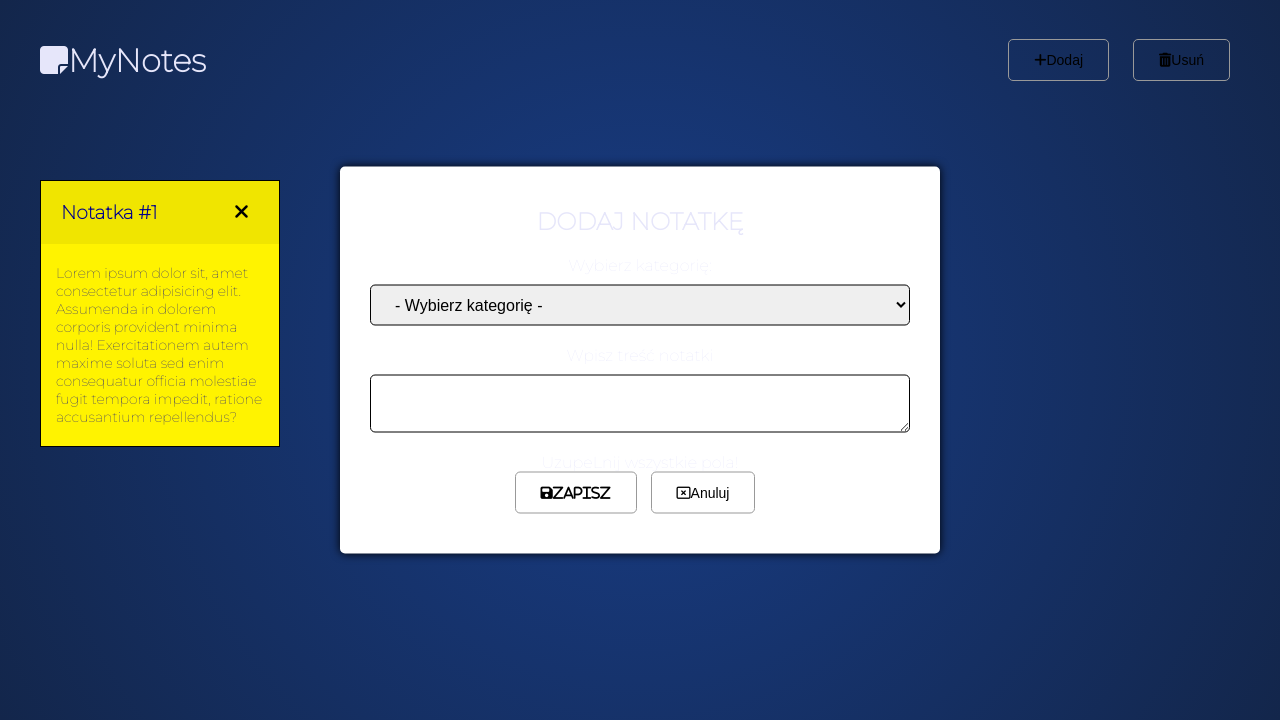
Repository: KrzysKolo/Projekt-7_Notes
Page: js/index.html
An editor plug-in stored every save of this project. The page is shown before and after the next save, followed by the edit.
The browser window is 1280 px wide. The pictures show the whole page.
Some web libraries are served in a nearby version.

Above is the page before, as saved 2020-07-07 14:01:51.
Console error: SyntaxError: Unexpected token '<'

### js/index.html
<!DOCTYPE html>
<html lang="en">
  <head>
    <meta charset="UTF-8" />
    <meta name="viewport" content="width=device-width, initial-scale=1.0" />
    <title>projekt 6 - My notes</title>
    <script
      src="https://kit.fontawesome.com/21efeaf281.js"
      crossorigin="anonymous"
    ></script>
    <link
      href="https://fonts.googleapis.com/css2?family=Montserrat:wght@100&display=swap"
      rel="stylesheet"
    />
    <link rel="stylesheet" href="./../css/style.css" />
  </head>
  <body>
    <div class="menu">
      <h1><i class="fas fa-sticky-note"></i>MyNotes</h1>
      <div class="menu-buttons">
        <button class="add icon"><i class="fas fa-plus"></i>Dodaj</button>
        <button class="delete-all icon">
          <i class="fas fa-trash-alt"></i>Usuń
        </button>
      </div>
    </div>

    <div class="note-area">
      <div class="note">
        <div class="note-header">
          <h3 class="note-title">Notatka #1</h3>
          <button class="delete-note"><i class="fas fa-times icon"></i></button>
        </div>

        <div class="note-body">
          Lorem ipsum dolor sit, amet consectetur adipisicing elit. Assumenda in
          dolorem corporis provident minima nulla! Exercitationem autem maxime
          soluta sed enim consequatur officia molestiae fugit tempora impedit,
          ratione accusantium repellendus?
        </div>
      </div>
    </div>

    <div class="note-panel">
      <h2>Dodaj notatkę</h2>
      <label for="category">Wybierz kategorię: </label>
      <select id="category">
        <option value="0" disabled selected>- Wybierz kategorię -</option>
        <option value="1">Praca</option>
        <option value="2">Dom</option>
        <option value="3">Zakupy</option>
        <option value="4">Inne</option>
      </select>

      <label for="text">Wpisz treść notatki</label>
      <textarea id="text"></textarea>

      <p class="error">UzupeLnij wszystkie pola!</p>
      <div class="panel-buttons">
        <button class="save icon"><i class="fas fa-save">Zapisz</i></button>
        <button class="cancel icon">
          <i class="far fa-window-close"></i>Anuluj
        </button>
      </div>
    </div>
    <script src="./../js/index.html"></script>
  </body>
</html>

### css/style.css
* {
  box-sizing: border-box;
  padding: 0;
  margin: 0;
}
body {
  height: 100vh;
  font-family: "Montserrat", sans-serif;
  background-image: radial-gradient(
    circle,
    rgba(24, 60, 132, 1) 5%,
    rgba(19, 38, 75, 1) 100%
  );
  color: lavender;
}
.menu {
  display: flex;
  justify-content: space-between;
  align-items: center;
  padding: 40px;
  height: 120px;
}
.menu button,
.note-panel .save,
.note-panel .cancel {
  padding: 12px 25px;
  background: none;
  border: 1px solid #999;
  border-radius: 5px;
  font-size: 14px;
  cursor: pointer;
  transition: background-color 0.3s, color 0.3s;
}
.menu button:hover,
.note-panel .save:hover,
.note-panel .cancel:hover {
  background-color: navy;
  color: paleturquoise;
}
.icon {
  margin-right: 10px;
}
.add {
  margin-right: 20px;
}
.note-area {
  display: flex;
  /*align-items: start;*/
  flex-wrap: wrap;
  padding: 20px;
}
.note {
  margin: 40px 20px;
  width: 240px;
  background-color: rgb(255, 243, 0);
  color: darkblue;
  border: 1px solid black;
}
.note-header {
  display: flex;
  justify-content: space-between;
  align-items: center;
  padding: 20px;
  background-color: rgba(0, 0, 0, 0.06);
}
.note-header .delete-note {
  background: none;
  font-size: 20px;
  border: none;
  cursor: pointer;
}
.note-body {
  padding: 20px 15px;
  font-size: 14px;
}
.note-panel {
  display: flex;
  justify-content: center;
  align-items: center;
  flex-direction: column;
  position: absolute;
  top: 50%;
  left: 50%;
  transform: translate(-50%, -50%);
  padding: 40px 0;
  width: 600px;
  background-color: #fff;
  box-shadow: 0 0 10px black;
  border-radius: 5px;
}
.note-panel h2 {
  margin-bottom: 20px;
  text-transform: uppercase;
}
.note-panel label {
  margin-bottom: 10px;
}
.note-panel #text,
.note-panel #category {
  margin-bottom: 20px;
  padding: 10px 20px;
  width: 100%;
  max-width: 90%;
  max-height: 600px;
  font-size: 16px;
  border-radius: 5px;
  border: 1px solid black;
}

After the next save:
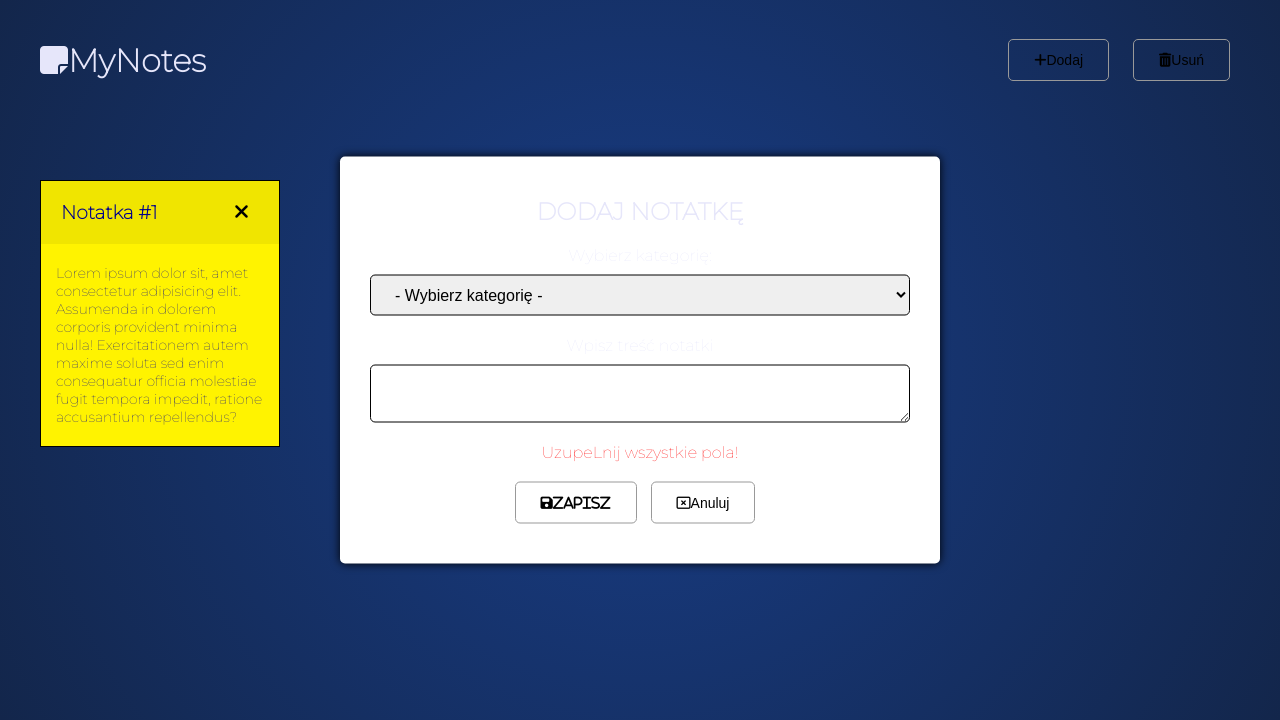
Saved 38 s later.
--- a/css/style.css
+++ b/css/style.css
@@ -106,3 +106,7 @@ body {
   border-radius: 5px;
   border: 1px solid black;
 }
+.note-panel .error {
+  margin-bottom: 20px;
+  color: red;
+}
